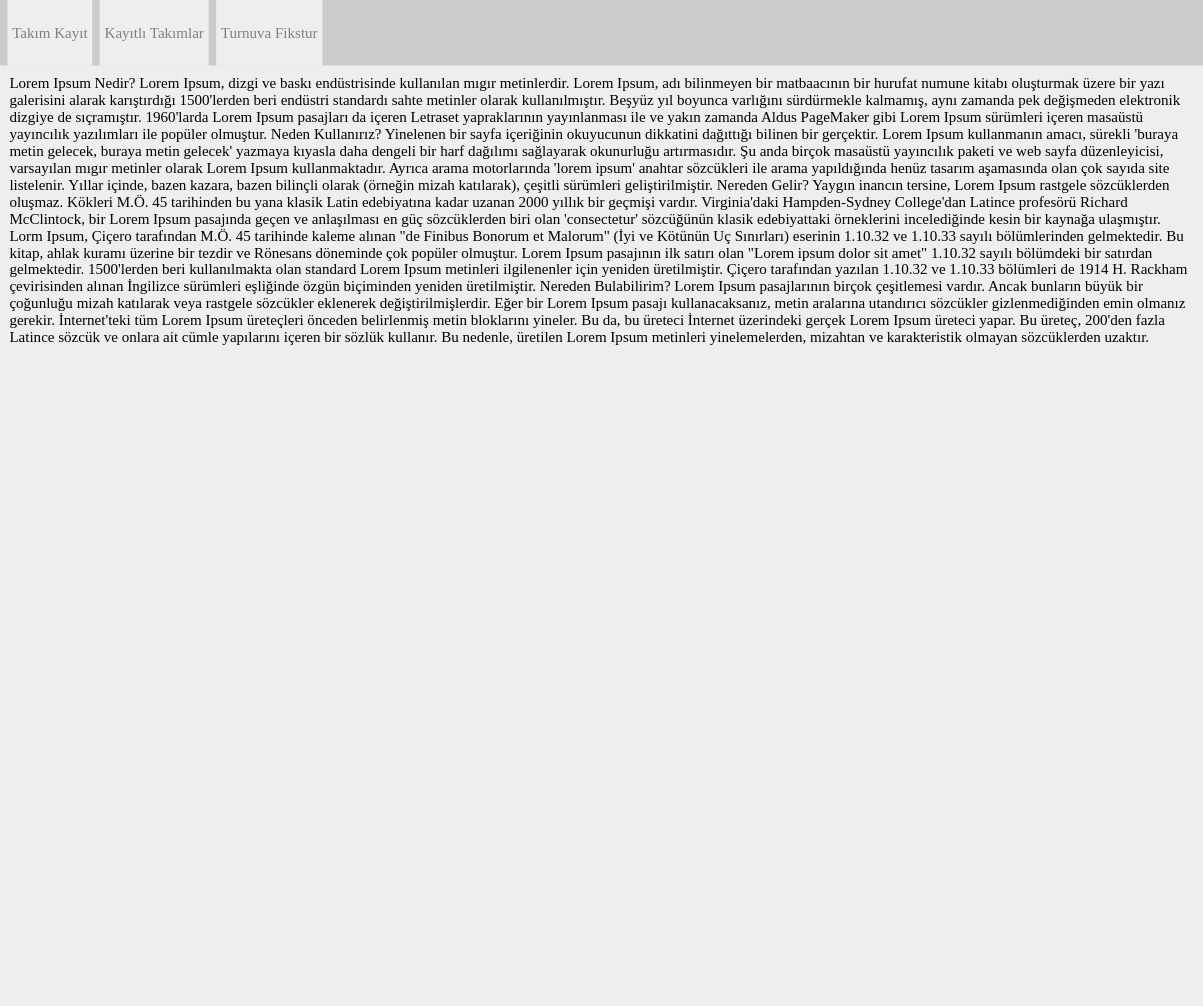
Repository: oktembaris77/internet_final
Page: http://localhost/internetfinal/
An editor plug-in stored every save of this project. The page is shown before and after the next save, followed by the edit.
The browser window is 1280 px wide. The pictures show the whole page, at 94% of full size.
The page is served by Tomcat 9.

Above is the page before, as saved 2020-05-11 19:44:44.

After the next save:
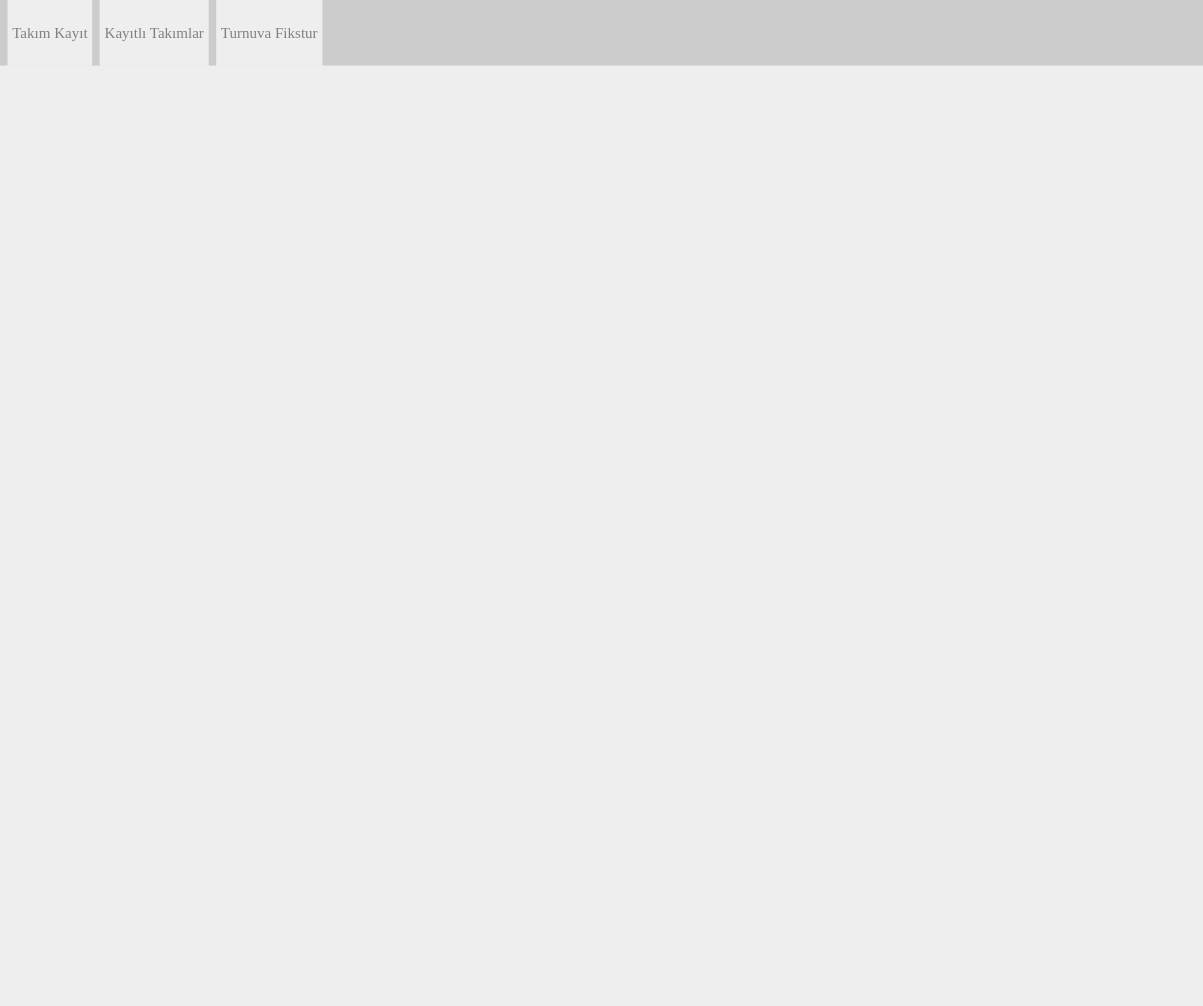
Saved 19 s later.
--- a/internetfinal/WebContent/index.jsp
+++ b/internetfinal/WebContent/index.jsp
@@ -69,20 +69,7 @@ box-sizing:border-box;
 	</div>
 
 	<div id="icerik">
-		Lorem Ipsum Nedir?
-Lorem Ipsum, dizgi ve baskı endüstrisinde kullanılan mıgır metinlerdir. Lorem Ipsum, adı bilinmeyen bir matbaacının bir hurufat numune kitabı oluşturmak üzere bir yazı galerisini alarak karıştırdığı 1500'lerden beri endüstri standardı sahte metinler olarak kullanılmıştır. Beşyüz yıl boyunca varlığını sürdürmekle kalmamış, aynı zamanda pek değişmeden elektronik dizgiye de sıçramıştır. 1960'larda Lorem Ipsum pasajları da içeren Letraset yapraklarının yayınlanması ile ve yakın zamanda Aldus PageMaker gibi Lorem Ipsum sürümleri içeren masaüstü yayıncılık yazılımları ile popüler olmuştur.
 
-Neden Kullanırız?
-Yinelenen bir sayfa içeriğinin okuyucunun dikkatini dağıttığı bilinen bir gerçektir. Lorem Ipsum kullanmanın amacı, sürekli 'buraya metin gelecek, buraya metin gelecek' yazmaya kıyasla daha dengeli bir harf dağılımı sağlayarak okunurluğu artırmasıdır. Şu anda birçok masaüstü yayıncılık paketi ve web sayfa düzenleyicisi, varsayılan mıgır metinler olarak Lorem Ipsum kullanmaktadır. Ayrıca arama motorlarında 'lorem ipsum' anahtar sözcükleri ile arama yapıldığında henüz tasarım aşamasında olan çok sayıda site listelenir. Yıllar içinde, bazen kazara, bazen bilinçli olarak (örneğin mizah katılarak), çeşitli sürümleri geliştirilmiştir.
-
-
-Nereden Gelir?
-Yaygın inancın tersine, Lorem Ipsum rastgele sözcüklerden oluşmaz. Kökleri M.Ö. 45 tarihinden bu yana klasik Latin edebiyatına kadar uzanan 2000 yıllık bir geçmişi vardır. Virginia'daki Hampden-Sydney College'dan Latince profesörü Richard McClintock, bir Lorem Ipsum pasajında geçen ve anlaşılması en güç sözcüklerden biri olan 'consectetur' sözcüğünün klasik edebiyattaki örneklerini incelediğinde kesin bir kaynağa ulaşmıştır. Lorm Ipsum, Çiçero tarafından M.Ö. 45 tarihinde kaleme alınan "de Finibus Bonorum et Malorum" (İyi ve Kötünün Uç Sınırları) eserinin 1.10.32 ve 1.10.33 sayılı bölümlerinden gelmektedir. Bu kitap, ahlak kuramı üzerine bir tezdir ve Rönesans döneminde çok popüler olmuştur. Lorem Ipsum pasajının ilk satırı olan "Lorem ipsum dolor sit amet" 1.10.32 sayılı bölümdeki bir satırdan gelmektedir.
-
-1500'lerden beri kullanılmakta olan standard Lorem Ipsum metinleri ilgilenenler için yeniden üretilmiştir. Çiçero tarafından yazılan 1.10.32 ve 1.10.33 bölümleri de 1914 H. Rackham çevirisinden alınan İngilizce sürümleri eşliğinde özgün biçiminden yeniden üretilmiştir.
-
-Nereden Bulabilirim?
-Lorem Ipsum pasajlarının birçok çeşitlemesi vardır. Ancak bunların büyük bir çoğunluğu mizah katılarak veya rastgele sözcükler eklenerek değiştirilmişlerdir. Eğer bir Lorem Ipsum pasajı kullanacaksanız, metin aralarına utandırıcı sözcükler gizlenmediğinden emin olmanız gerekir. İnternet'teki tüm Lorem Ipsum üreteçleri önceden belirlenmiş metin bloklarını yineler. Bu da, bu üreteci İnternet üzerindeki gerçek Lorem Ipsum üreteci yapar. Bu üreteç, 200'den fazla Latince sözcük ve onlara ait cümle yapılarını içeren bir sözlük kullanır. Bu nedenle, üretilen Lorem Ipsum metinleri yinelemelerden, mizahtan ve karakteristik olmayan sözcüklerden uzaktır.
 	</div>
 
 
